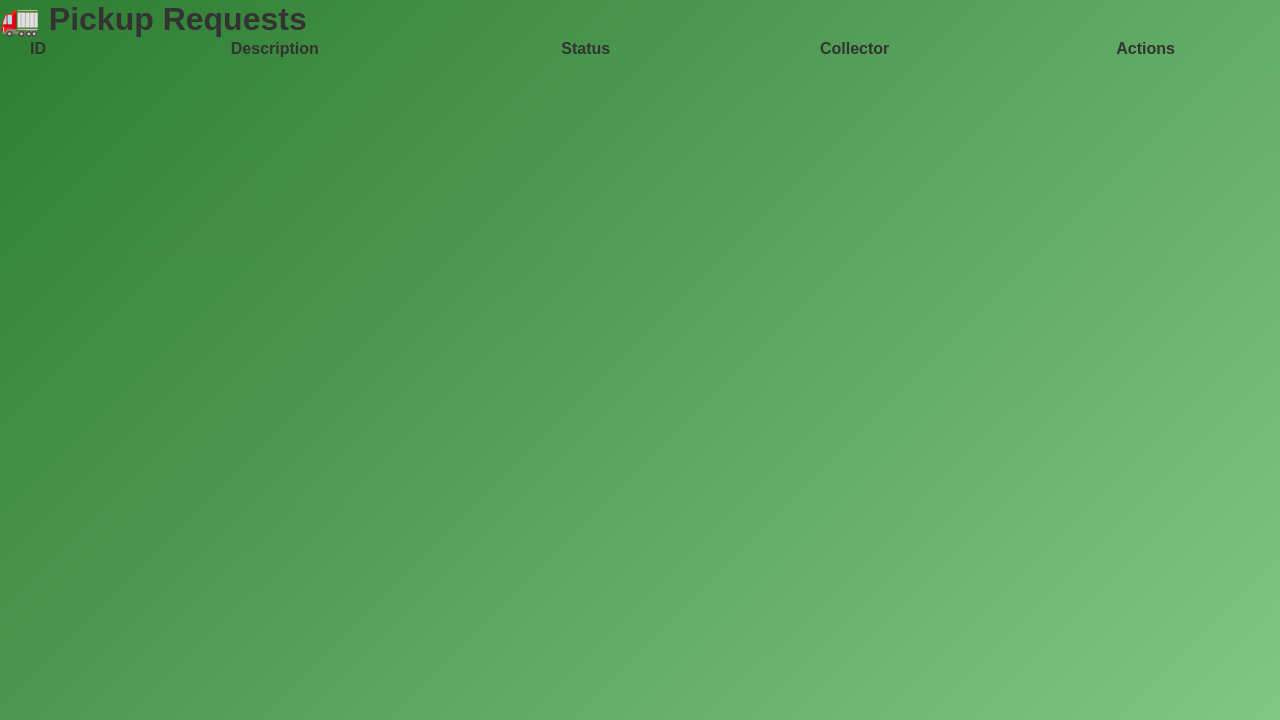
Repository: mahekagrawal25/restaurant-waste-management
Page: frontend/dashboard_trial.html
The author's editor kept a copy of each file at every save. The page is drawn from the files as they stood at one save, then again after the next save.
The browser window is 1280 px wide. The pictures show the whole page.

Above is the page before, as saved 2025-04-21 11:57:37.

### frontend/dashboard_trial.html
<!-- collector_dashboard.html -->
<!DOCTYPE html>
<html>
<head>
  <title>Collector Dashboard</title>
  <link rel="stylesheet" href="style.css" />
</head>
<body>
  <h1>🚛 Pickup Requests</h1>
  <table id="requestsTable">
    <thead>
      <tr>
        <th>ID</th>
        <th>Description</th>
        <th>Status</th>
        <th>Collector</th>
        <th>Actions</th>
      </tr>
    </thead>
    <tbody></tbody>
  </table>

  <script src="script.js"></script>
</body>
</html>

### frontend/style.css
/* ✅ General Styles */
* {
  margin: 0;
  padding: 0;
  box-sizing: border-box;
  font-family: 'Poppins', sans-serif;
}

body {
  background: linear-gradient(135deg, #2e7d32, #81c784);
  color: #333;
  min-height: 100vh;
  display: flex;
  flex-direction: column;
}

/* ✅ Navigation Bar */
.navbar {
  background: rgba(255, 255, 255, 0.85);
  backdrop-filter: blur(12px);
  box-shadow: 0 4px 15px rgba(0, 0, 0, 0.1);
  padding: 20px 40px;
  position: sticky;
  top: 0;
  z-index: 1000;
}

.nav-container {
  display: flex;
  justify-content: space-between;
  align-items: center;
  max-width: 1300px;
  margin: 0 auto;
}

.navbar .logo {
  font-size: 30px;
  font-weight: bold;
  color: #2e7d32;
  font-family: 'Georgia', serif;
}

nav a {
  margin: 0 18px;
  text-decoration: none;
  color: #444;
  font-weight: 500;
  transition: color 0.3s, transform 0.3s;
}

nav a:hover {
  color: #2e7d32;
  transform: scale(1.1);
}

.btn-logout {
  background: #ff4c4c;
  color: #fff;
  border: none;
  padding: 12px 28px;
  border-radius: 30px;
  cursor: pointer;
  font-weight: 500;
  transition: background 0.3s, transform 0.3s;
}

.btn-logout:hover {
  background: #e03c3c;
  transform: scale(1.05);
}

/* ✅ Main Content */
.container {
  width: 90%;
  max-width: 1300px;
  margin: 50px auto;
  flex: 1;
}

/* ✅ Welcome Section */
.welcome-section {
  text-align: center;
  margin-bottom: 70px;
}

.welcome-section h1 {
  font-size: 48px;
  color: #fff;
  margin-bottom: 12px;
  font-weight: 700;
  font-family: 'Cambria', serif;
}

.welcome-section p {
  font-size: 20px;
  color: #f0f0f0;
  opacity: 0.9;
}

/* ✅ Quick Actions Grid */
.actions-grid {
  display: grid;
  grid-template-columns: repeat(auto-fit, minmax(280px, 1fr));
  gap: 35px;
  margin-bottom: 70px;
}

.action-card {
  background: rgba(255, 255, 255, 0.85);
  backdrop-filter: blur(12px);
  border-radius: 20px;
  box-shadow: 0 10px 25px rgba(0, 0, 0, 0.1);
  padding: 35px;
  text-align: center;
  transition: transform 0.4s, box-shadow 0.4s;
  cursor: pointer;
}

.action-card:hover {
  transform: translateY(-12px);
  box-shadow: 0 14px 30px rgba(0, 0, 0, 0.2);
}

.action-card i {
  font-size: 52px;
  color: #2e7d32;
  margin-bottom: 25px;
}

.action-card h3 {
  font-size: 26px;
  color: #333;
  margin-bottom: 12px;
  font-weight: 700;
}

.action-card p {
  font-size: 18px;
  color: #555;
  opacity: 0.85;
}

/* ✅ Recent Activities */
.recent-activities {
  background: rgba(255, 255, 255, 0.9);
  padding: 35px;
  border-radius: 20px;
  box-shadow: 0 10px 25px rgba(0, 0, 0, 0.1);
}

.recent-activities h2 {
  font-size: 30px;
  margin-bottom: 25px;
  font-weight: 700;
  color: #333;
}

.activities-container {
  max-height: 350px;
  overflow-y: auto;
  padding: 15px;
}

.activities-container p {
  font-size: 18px;
  color: #555;
  opacity: 0.9;
}

/* ✅ Footer */
.footer {
  background: rgba(255, 255, 255, 0.9);
  backdrop-filter: blur(10px);
  color: #333;
  text-align: center;
  padding: 25px;
  box-shadow: 0 -5px 15px rgba(0, 0, 0, 0.1);
  font-weight: 600;
  font-size: 16px;
}





/* Activities Table Styles */
.activities-table-container {
  overflow-x: auto;
  margin-top: 1rem;
  background: white;
  border-radius: 8px;
  box-shadow: 0 2px 10px rgba(0,0,0,0.1);
  padding: 1rem;
}

#activitiesTable {
  width: 100%;
  border-collapse: collapse;
}

#activitiesTable th, #activitiesTable td {
  padding: 12px 15px;
  text-align: left;
  border-bottom: 1px solid #e0e0e0;
}

#activitiesTable th {
  background-color: #f5f5f5;
  font-weight: 600;
}

#activitiesTable tr:hover {
  background-color: #f9f9f9;
}

.btn-view-all {
  display: block;
  margin: 1rem auto 0;
  padding: 8px 16px;
  background: #4CAF50;
  color: white;
  border: none;
  border-radius: 4px;
  cursor: pointer;
}

.btn-view-all:hover {
  background: #45a049;
}




/* Activities Table Styles */
.activities-table-container {
  overflow-x: auto;
  margin-top: 1rem;
  background: white;
  border-radius: 8px;
  box-shadow: 0 2px 10px rgba(0,0,0,0.1);
  padding: 1rem;
}

#activitiesTable {
  width: 100%;
  border-collapse: collapse;
  font-size: 0.9rem;
}

#activitiesTable th {
  background-color: #f8f9fa;
  padding: 12px 15px;
  text-align: left;
  font-weight: 600;
}

#activitiesTable td {
  padding: 10px 15px;
  border-bottom: 1px solid #e9ecef;
}

.loading, .error {
  text-align: center;
  padding: 20px;
}

.loading {
  color: #6c757d;
}

.error {
  color: #dc3545;
}













.page-header {
  text-align: center;
  margin-top: 40px;
}

.page-header h1 {
  font-family: 'Montserrat', sans-serif;
  font-size: 2rem;
  color: #2e7d32;
}

.page-header p {
  font-size: 1rem;
  color: #555;
  margin-top: 8px;
}

.form-section {
  max-width: 600px;
  margin: 30px auto;
  background: #f9fff9;
  padding: 30px;
  border-radius: 16px;
  box-shadow: 0 6px 18px rgba(0, 0, 0, 0.06);
}

.waste-form .form-group {
  margin-bottom: 20px;
}

.waste-form label {
  display: block;
  font-weight: 500;
  margin-bottom: 8px;
}

.waste-form label span {
  color: red;
}

.waste-form input,
.waste-form select {
  width: 100%;
  padding: 12px 14px;
  font-size: 1rem;
  border: 1px solid #ccc;
  border-radius: 12px;
  outline: none;
  transition: border 0.3s ease;
}

.waste-form input:focus,
.waste-form select:focus {
  border-color: #4caf50;
}

.btn-submit {
  background-color: #4caf50;
  color: #fff;
  padding: 12px 20px;
  border: none;
  border-radius: 12px;
  cursor: pointer;
  font-weight: 600;
  font-size: 1rem;
  transition: background-color 0.3s ease;
  display: flex;
  align-items: center;
  gap: 8px;
}

.btn-submit:hover {
  background-color: #388e3c;
}




/* Hero Section */
.hero-header {
  background: linear-gradient(to right, #43a047, #2e7d32);
  color: white;
  padding: 60px 20px 40px;
  text-align: center;
  border-bottom-left-radius: 40px;
  border-bottom-right-radius: 40px;
  box-shadow: 0 8px 20px rgba(0, 0, 0, 0.1);
}

.hero-content i {
  font-size: 3rem;
  margin-bottom: 10px;
  animation: bounce 1s ease-in-out infinite alternate;
}

.hero-content h1 {
  font-family: 'Montserrat', sans-serif;
  font-size: 2.5rem;
  margin: 0;
}

.hero-content p {
  font-size: 1.1rem;
  margin-top: 10px;
  color: #e0f2f1;
}

/* Animation for Icon */
@keyframes bounce {
  0% { transform: translateY(0); }
  100% { transform: translateY(-5px); }
}


/* Make entire page fit on screen */
.page-wrapper {
  display: flex;
  justify-content: center;
  align-items: center;
  height: calc(100vh - 80px); /* Adjust for header/footer */
  padding: 20px;
  background-color: #f4f7f6;
}

/* Unified Card */
.waste-card {
  background: rgba(255, 255, 255, 0.98);
  border-radius: 20px;
  box-shadow: 0 8px 24px rgba(0, 0, 0, 0.08);
  width: 100%;
  max-width: 650px;

  /* Updated padding */
  padding: 60px 40px;
  box-sizing: border-box;
}

/* Header Inside Card */
.card-header {
  text-align: center;
  margin-bottom: 25px;
}

.card-header i {
  font-size: 2.5rem;
  color: #2e7d32;
  animation: bounce 1s infinite alternate;
}

.card-header h1 {
  margin: 10px 0 5px;
  font-family: 'Montserrat', sans-serif;
  font-size: 1.8rem;
}

.card-header p {
  font-size: 0.95rem;
  color: #555;
}

/* Form Fields */
.waste-form .form-group {
  margin-bottom: 20px;
}

.waste-form label {
  display: block;
  margin-bottom: 8px;
  font-weight: 500;
  color: #2e7d32;
}

.waste-form input,
.waste-form select {
  width: 100%;
  padding: 12px;
  border: 1px solid #ccc;
  border-radius: 12px;
  font-size: 1rem;
  transition: border 0.3s ease;
}

.waste-form input:focus,
.waste-form select:focus {
  border-color: #2e7d32;
  outline: none;
}

/* Submit Button */
.btn-submit {
  width: 100%;
  background: linear-gradient(to right, #43a047, #2e7d32);
  color: white;
  padding: 14px;
  font-size: 1rem;
  border: none;
  border-radius: 12px;
  cursor: pointer;
  transition: background 0.3s ease;
}

.btn-submit:hover {
  background: linear-gradient(to right, #388e3c, #1b5e20);
}

/* Icon Animation */
@keyframes bounce {
  0% { transform: translateY(0); }
  100% { transform: translateY(-5px); }
}

### frontend/script.js
// 🌟 DOMContentLoaded event
document.addEventListener("DOMContentLoaded", () => {
  const token = localStorage.getItem("token");
  const userName = localStorage.getItem("username") || "User";
  const isDashboard = window.location.pathname.includes("dashboard.html");
  const isLogin = window.location.pathname.includes("index.html");
  const userId = localStorage.getItem("id");

  // ✅ Display username dynamically
  const userNameElement = document.getElementById("userName");
  if (userNameElement) userNameElement.textContent = userName;

  // ✅ Redirect logic based on token
  handleRedirection(token, isDashboard, isLogin);

  // ✅ Load dashboard data if logged in
  if (isDashboard && token) {
    loadDashboardData(token);
  }
});

// 🚀 Reusable redirection handler
function handleRedirection(token, isDashboard, isLogin) {
  if (!token && isDashboard) {
    console.log("No token, redirecting to login...");
    window.location.href = "index.html";
  } else if (token && isLogin) {
    console.log("User already logged in, redirecting to dashboard...");
    window.location.href = "restaurant_dashboard.html";
  }
}

// 🔥 Load dashboard data with error handling
async function loadDashboardData(token) {
  const activitiesTableBody = document.getElementById("activitiesTableBody");

  if (!activitiesTableBody) {
    console.error("Error: Couldn't find the activities table");
    return;
  }

  try {
    activitiesTableBody.innerHTML = `
      <tr><td colspan="5" class="loading">Loading activities...</td></tr>
    `;

    const response = await fetch("http://localhost:5000/api/auth/dashboard/activities", {
      method: "GET",
      headers: { Authorization: `Bearer ${token}` }
    });

    if (!response.ok) throw new Error(`HTTP error! status: ${response.status}`);

    const activities = await response.json();
    activitiesTableBody.innerHTML = "";

    if (activities.length === 0) {
      activitiesTableBody.innerHTML = `<tr><td colspan="5">No recent activities found</td></tr>`;
      return;
    }

    activities.forEach(activity => {
      const row = document.createElement("tr");
      const date = new Date(activity.created_at).toLocaleDateString();

      if (activity.type === 'waste') {
        row.innerHTML = `
          <td>🗑️ Waste</td>
          <td>${activity.description}</td>
          <td>${activity.category}</td>
          <td>${activity.quantity} ${activity.category === 'Food' ? 'kg' : 'units'}</td>
          <td>${date}</td>
        `;
      } else if (activity.type === 'donation') {
        row.innerHTML = `
          <td>♻️ Donation</td>
          <td>${activity.description}</td>
          <td>Donor: ${activity.donor_name}</td>
          <td>${activity.quantity} items</td>
          <td>${date}</td>
        `;
      } else if (activity.type === 'collection') {
        row.innerHTML = `
          <td>🚛 Collection</td>
          <td>${activity.description}</td>
          <td>${activity.status}</td>
          <td>-</td>
          <td>${new Date(activity.pickup_date).toLocaleDateString()}</td>
        `;
      }

      activitiesTableBody.appendChild(row);
    });

  } catch (error) {
    console.error("Error loading activities:", error);
    activitiesTableBody.innerHTML = `
      <tr><td colspan="5" class="error">Failed to load activities. Please try again.</td></tr>
    `;
  }
}

// 🌟 Login form submission
document.getElementById("loginForm")?.addEventListener("submit", async (event) => {
  event.preventDefault();

  const email = document.getElementById("email").value.trim();
  const password = document.getElementById("password").value.trim();
  const message = document.getElementById("message");

  try {
    const response = await fetch("http://localhost:5000/api/auth/login", {
      method: "POST",
      headers: { "Content-Type": "application/json" },
      body: JSON.stringify({ email, password })
    });

    const data = await response.json();

    if (response.ok) {
      localStorage.setItem("token", data.token);
      localStorage.setItem("username", data.username);
      localStorage.setItem("role", data.role);
      localStorage.setItem("id", data.id);

      message.textContent = "Login successful! Redirecting...";
      message.classList.remove("text-red-500");
      message.classList.add("text-green-500");

      setTimeout(() => {
        switch (data.role) {
          case "admin":
            window.location.href = "admin_dashboard.html";
            break;
          case "restaurant":
            window.location.href = "restaurant_dashboard.html";
            break;
          case "waste_collector":
            window.location.href = "collector_dashboard.html";
            break;
          case "ngo":
            window.location.href = "ngo_dashboard.html";
            break;
          default:
            alert("Unknown role. Contact support.");
        }
      }, 1500);
    } else {
      message.textContent = data.message || "Invalid credentials.";
      message.classList.remove("text-green-500");
      message.classList.add("text-red-500");
    }
  } catch (error) {
    console.error("Server error:", error);
    message.textContent = "Server error. Please try again later.";
    message.classList.remove("text-green-500");
    message.classList.add("text-red-500");
  }
});

// 🚀 Logout handler
document.getElementById("logoutBtn")?.addEventListener("click", () => {
  localStorage.clear();
  window.location.href = "index.html";
});

// ✅ Signup form submission
document.getElementById("signupForm")?.addEventListener("submit", async (event) => {
  event.preventDefault();

  const username = document.getElementById("username").value.trim();
  const email = document.getElementById("email").value.trim();
  const password = document.getElementById("password").value.trim();
  const role = document.getElementById("role").value;
  const message = document.getElementById("signupMessage");

  if (!username || !email || !password || !role) {
    message.textContent = "All fields are required.";
    message.classList.add("text-red-500");
    return;
  }

  try {
    const response = await fetch("http://localhost:5000/api/auth/signup", {
      method: "POST",
      headers: { "Content-Type": "application/json" },
      body: JSON.stringify({ username, email, password, role })
    });

    const data = await response.json();

    if (response.ok) {
      message.textContent = "Signup successful! Redirecting to login...";
      message.classList.remove("text-red-500");
      message.classList.add("text-green-500");

      setTimeout(() => {
        window.location.href = "index.html";
      }, 1500);
    } else {
      message.textContent = data.message || "Signup failed. Please try again.";
      message.classList.add("text-red-500");
    }
  } catch (error) {
    console.error("Server error:", error);
    message.textContent = "Server error. Please try again later.";
    message.classList.add("text-red-500");
  }
});

// ✅ Waste form submission
document.getElementById('wasteForm')?.addEventListener('submit', async (event) => {
  event.preventDefault();

  const description = document.getElementById('description').value.trim();
  const category = document.getElementById('category').value.trim();
  const quantity = document.getElementById('quantity').value.trim();
  const image = document.getElementById('image').value.trim() || null;
  const user_id = localStorage.getItem('id');
  const token = localStorage.getItem('token');

  if (!token) {
    alert('Please log in first.');
    return;
  }

  const formData = { description, category, quantity, image, user_id };

  try {
    const response = await fetch('http://localhost:5000/api/waste/addWaste', {
      method: 'POST',
      headers: {
        'Content-Type': 'application/json',
        'Authorization': `Bearer ${token}`
      },
      body: JSON.stringify(formData),
    });

    const data = await response.json();

    if (response.ok) {
      alert('✅ Waste added successfully!');
      document.getElementById('wasteForm').reset();
    } else {
      alert(`❌ Error: ${data.message}`);
    }
  } catch (error) {
    console.error('Error submitting waste:', error);
    alert('There was an error submitting the waste.');
  }
});



// ✅ Handle Request Collection Form Submission
document.getElementById("requestCollectionForm")?.addEventListener("submit", async (e) => {
  e.preventDefault();
  const token = localStorage.getItem("token");
  const statusMsg = document.getElementById("statusMsg");

  const waste_entry_id = document.getElementById("waste_entry_id").value;
  const description = document.getElementById("description").value.trim();

  try {
    const res = await fetch("http://localhost:5000/api/request-collection", {
      method: "POST",
      headers: {
        "Content-Type": "application/json",
        Authorization: `Bearer ${token}`,
      },
      body: JSON.stringify({ waste_entry_id, description }),
    });

    const data = await res.json();

    if (res.ok) {
      statusMsg.textContent = data.message;
      statusMsg.className = "status-msg success";
      document.getElementById("requestCollectionForm").reset();
    } else {
      statusMsg.textContent = data.message;
      statusMsg.className = "status-msg error";
    }
  } catch (err) {
    console.error("Error submitting request:", err);
    statusMsg.textContent = "Something went wrong.";
    statusMsg.className = "status-msg error";
  }
});

// ✅ Populate dropdown with user's waste entries
document.addEventListener("DOMContentLoaded", async () => {
  const token = localStorage.getItem("token");
  const dropdown = document.getElementById("waste_entry_id");

  if (!dropdown) return;

  try {
    const res = await fetch("http://localhost:5000/api/waste-entries", {
      headers: {
        Authorization: `Bearer ${token}`,
      },
    });

    const data = await res.json();

    if (Array.isArray(data)) {
      data.forEach((entry) => {
        const option = document.createElement("option");
        option.value = entry.id;
        option.textContent = `${entry.id} - ${entry.description}`;
        dropdown.appendChild(option);
      });
    }
  } catch (err) {
    console.error("Error loading waste entries:", err);
  }
});

After the next save:
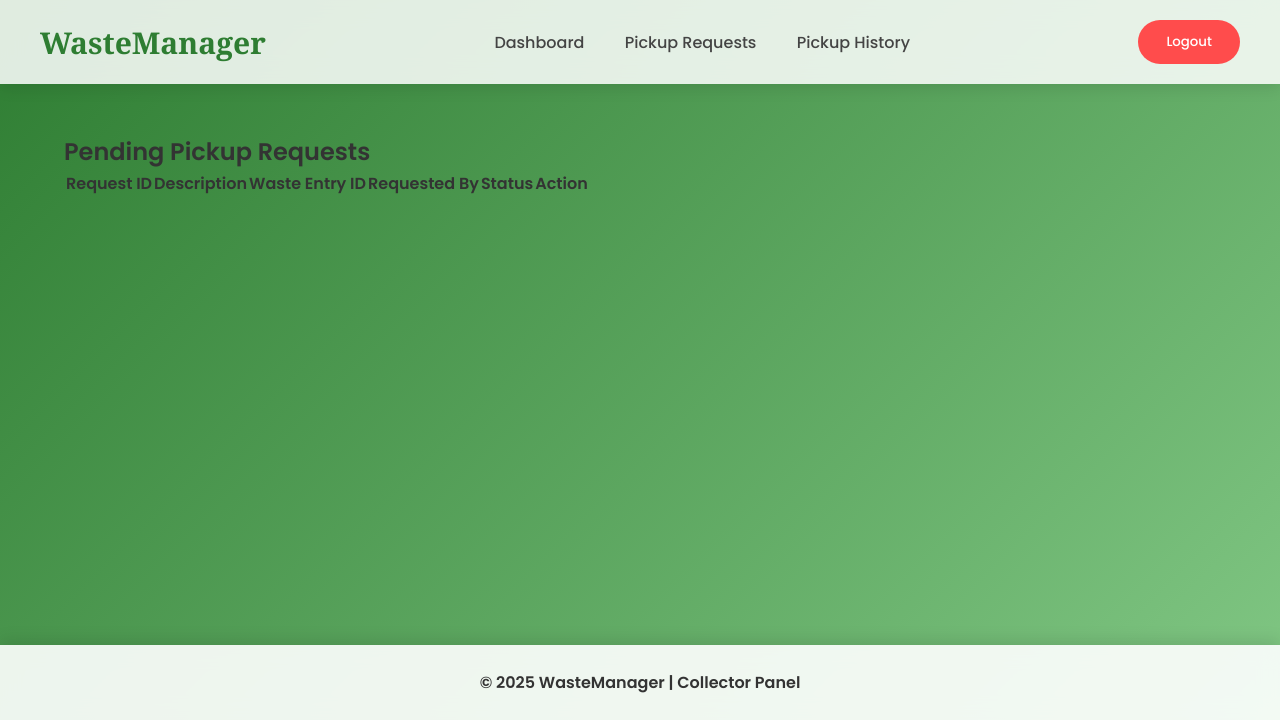
Saved 1 s later.
--- a/frontend/dashboard_trial.html
+++ b/frontend/dashboard_trial.html
@@ -1,25 +1,48 @@
-<!-- collector_dashboard.html -->
 <!DOCTYPE html>
-<html>
+<html lang="en">
 <head>
-  <title>Collector Dashboard</title>
+  <meta charset="UTF-8" />
+  <meta name="viewport" content="width=device-width, initial-scale=1.0"/>
+  <title>Pickup Requests</title>
   <link rel="stylesheet" href="style.css" />
+  <script src="script.js" defer></script>
+  <link rel="stylesheet" href="https://cdnjs.cloudflare.com/ajax/libs/font-awesome/6.4.0/css/all.min.css" />
+  <link href="https://fonts.googleapis.com/css2?family=Poppins:wght@400;500;600&family=Montserrat:wght@700&display=swap" rel="stylesheet" />
 </head>
 <body>
-  <h1>🚛 Pickup Requests</h1>
-  <table id="requestsTable">
-    <thead>
-      <tr>
-        <th>ID</th>
-        <th>Description</th>
-        <th>Status</th>
-        <th>Collector</th>
-        <th>Actions</th>
-      </tr>
-    </thead>
-    <tbody></tbody>
-  </table>
+  <header class="navbar">
+    <div class="nav-container">
+      <div class="logo">WasteManager</div>
+      <nav>
+        <a href="collector_dashboard.html">Dashboard</a>
+        <a href="pickup-requests.html" class="active">Pickup Requests</a>
+        <a href="pickup-history.html">Pickup History</a>
+      </nav>
+      <button id="logoutBtn" class="btn-logout">Logout</button>
+    </div>
+  </header>
 
-  <script src="script.js"></script>
+  <main class="container">
+    <section>
+      <h1>Pending Pickup Requests</h1>
+      <table class="table">
+        <thead>
+          <tr>
+            <th>Request ID</th>
+            <th>Description</th>
+            <th>Waste Entry ID</th>
+            <th>Requested By</th>
+            <th>Status</th>
+            <th>Action</th>
+          </tr>
+        </thead>
+        <tbody id="pickupRequestsTableBody"></tbody>
+      </table>
+    </section>
+  </main>
+
+  <footer class="footer">
+    <p>&copy; 2025 WasteManager | Collector Panel</p>
+  </footer>
 </body>
 </html>
